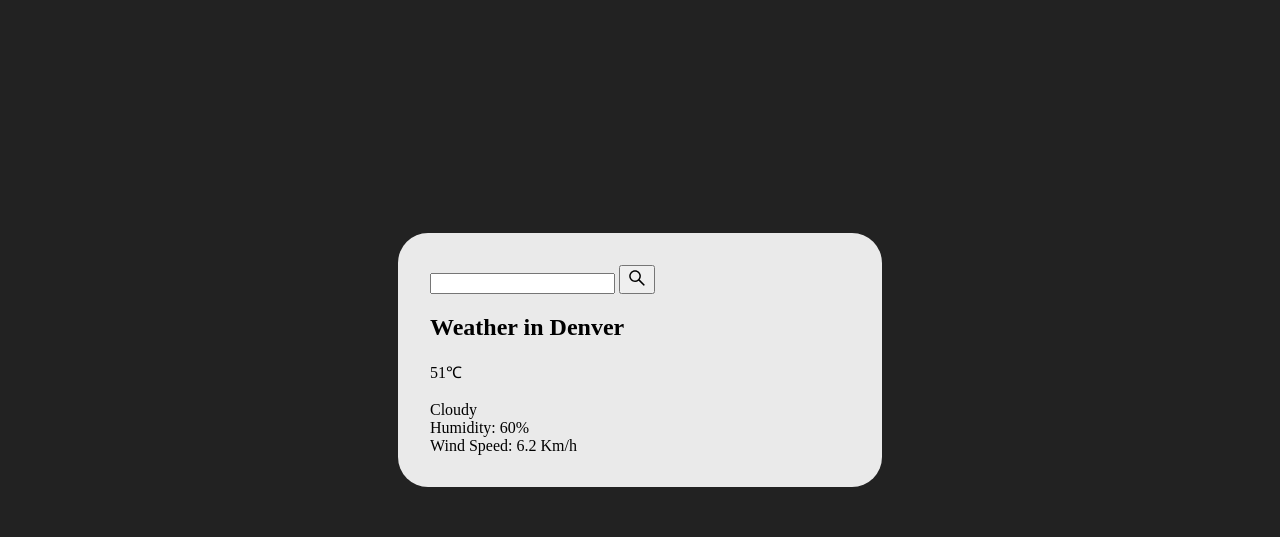
Repository: pin-seavmuy/JavaScript
Page: index.html
The author's editor kept a copy of each file at every save. The page is drawn from the files as they stood at one save, then again after the next save.
The browser window is 1280 px wide. The pictures show the whole page.

Above is the page before, as saved 2024-04-21 22:58:43.

### index.html
<!DOCTYPE html>
<html>
    <head>
        <meta charset="utf-8">
        <meta http-equiv="X-UA-Compatible" content="IE=edge">
        <title>Weather App</title>
        <meta name="description" content="">
        <meta name="viewport" content="width=device-width, initial-scale=1">
        <link rel="stylesheet" href="./style.css">
        <link href="https://fonts.googleapis.com/css2?family=Open+Sans&display=swap" rel="stylesheet">
        <link rel="stylesheet" href="path/to/font-awesome/css/font-awesome.min.css">
    </head>
    <body>
        <div class="card">
            <div class="search">
                <input type="text" class="search-bar">
                <button><svg stroke="currentColor" fill="currentColor" stroke-width="0" viewBox="0 0 1024 1024" height="1.5em"
                    width="1.5em" xmlns="http://www.w3.org/2000/svg">
                    <path
                      d="M909.6 854.5L649.9 594.8C690.2 542.7 712 479 712 412c0-80.2-31.3-155.4-87.9-212.1-56.6-56.7-132-87.9-212.1-87.9s-155.5 31.3-212.1 87.9C143.2 256.5 112 331.8 112 412c0 80.1 31.3 155.5 87.9 212.1C256.5 680.8 331.8 712 412 712c67 0 130.6-21.8 182.7-62l259.7 259.6a8.2 8.2 0 0 0 11.6 0l43.6-43.5a8.2 8.2 0 0 0 0-11.6zM570.4 570.4C528 612.7 471.8 636 412 636s-116-23.3-158.4-65.6C211.3 528 188 471.8 188 412s23.3-116.1 65.6-158.4C296 211.3 352.2 188 412 188s116.1 23.2 158.4 65.6S636 352.2 636 412s-23.3 116.1-65.6 158.4z">
                    </path>
                </svg></button>
            </div>
            <div class="weather">
                <h2 class="city">Weather in Denver</h2>
                <div class="temp">51&#8451;</div>
                <img src="" class="icon" alt="">
                <div class="description">Cloudy</div>
                <div class="humidity">Humidity: 60%</div>
                <div class="wind">Wind Speed: 6.2 Km/h</div>
            </div>
        </div>

        <script src="script.js" async defer></script>
    </body>
</html>

### style.css
body {
    display: flex;
    justify-content: center;
    align-items: center;
    height: 100vh;
    margin: 0;
    background: #222;
    font-family: 'Open';
}
.card {
    background-color: #eaeaea;
    padding: 2em;
    border-radius: 30px;
    width: 100%;
    max-width: 420px;
    margin: 1em;
}

Loaded but not shown: script.js (no copy from this time; the picture is the same without it)

After the next save:
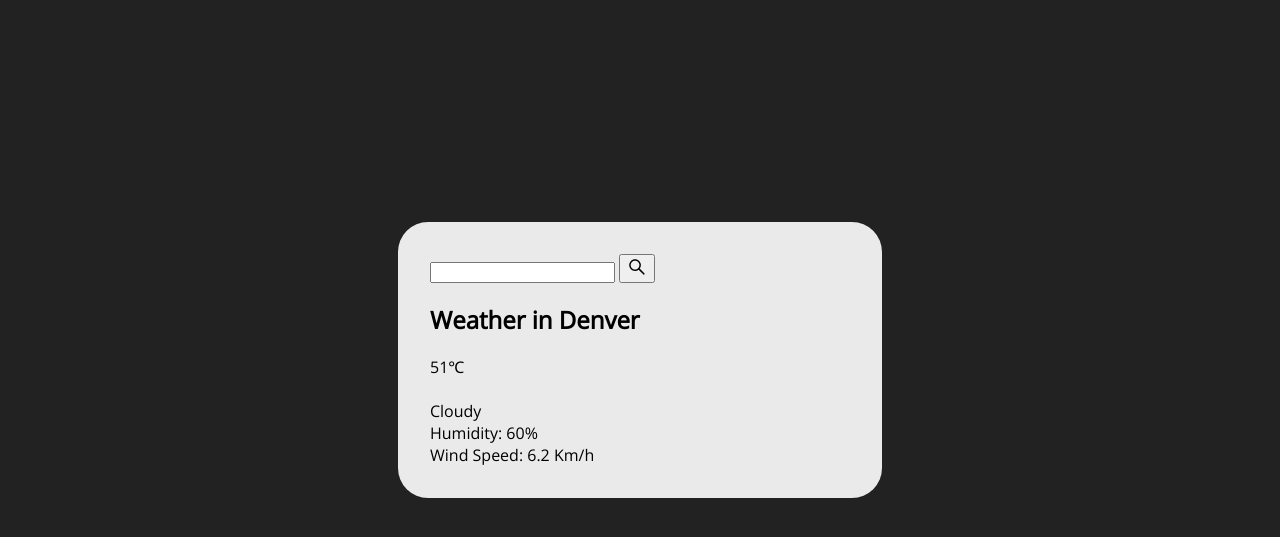
Saved 9 s later.
--- a/style.css
+++ b/style.css
@@ -5,7 +5,7 @@ body {
     height: 100vh;
     margin: 0;
     background: #222;
-    font-family: 'Open';
+    font-family: 'Open Sans';
 }
 .card {
     background-color: #eaeaea;
